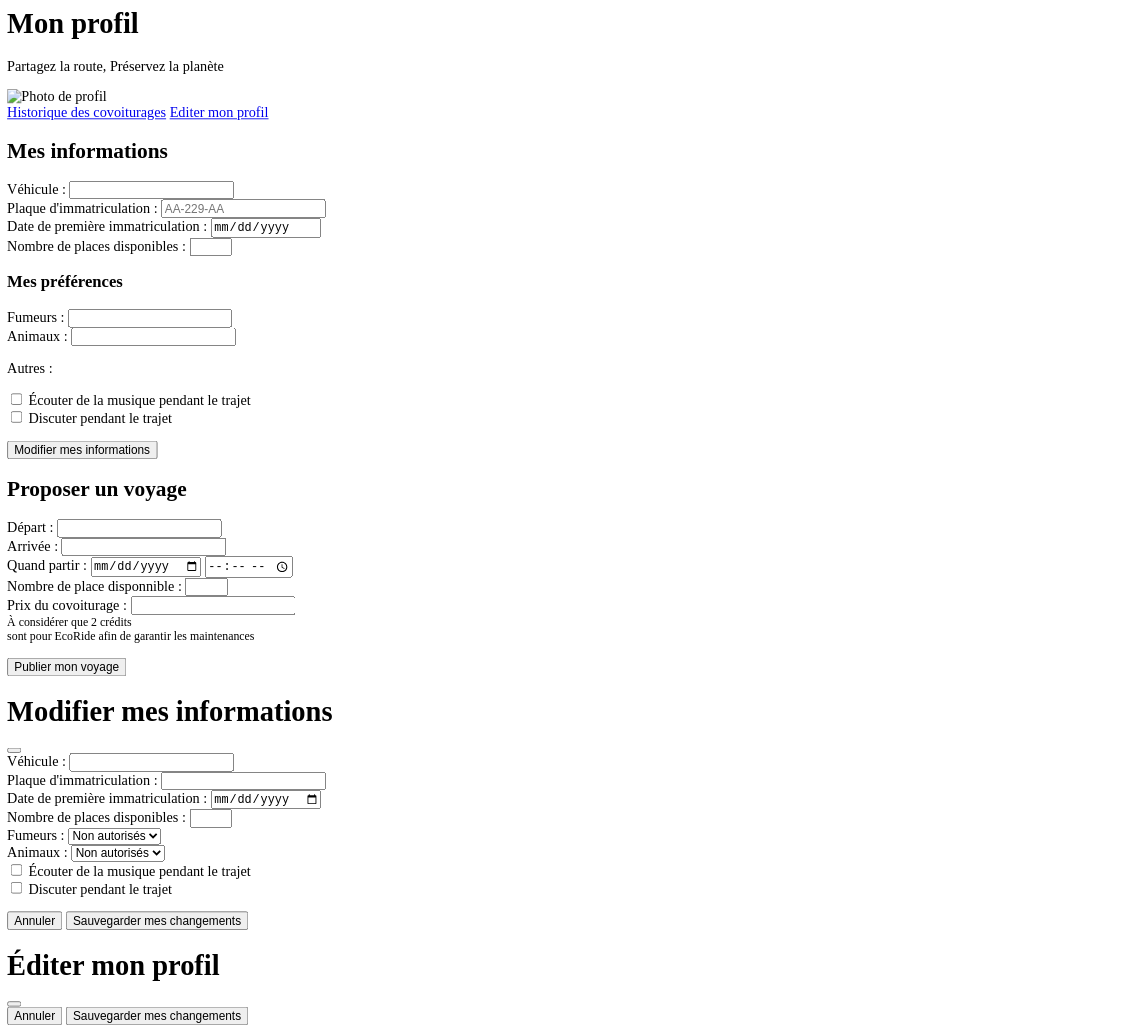
Repository: lemonhao9/ECF
Page: pages/auth/profile.html
An editor plug-in stored every save of this project. The page is shown before and after the next save, followed by the edit.
The browser window is 1280 px wide. The pictures show the whole page, at 89% of full size.

Above is the page before, as saved 2025-02-17 16:26:34.

### pages/auth/profile.html
<div class="hero-scene text-center text-secondary">
    <div class="hero-scene-content">
        <h1>Mon profil</h1>
        <p>Partagez la route, Préservez la planète</p>
    </div>
</div>
<aside>
    <div>
        <img src="" alt="Photo de profil"> <br>
        <a href="/historiqueCovoit">Historique des covoiturages</a>
        <a href="#" data-bs-toggle="modal" data-bs-target="#modalEdition">Editer mon profil</a>
    </div>
</aside>

<div class="container pt-3 mt-2 mb-2 col-md-6 col-lg-4" data-show="driver passengerDriver">
    <div class="card text-center bg-dark text-light row justify-content-center mb-5">
        <div>
            <h2 class="text-secondary pt-3">Mes informations</h2>
        </div>
        <div>
                <form>
                <div class="p-4">
                    <div class="mb-3 ms-5 d-flex align-items-center justify-content-start">
                        <label for="vehiculeInput" class="form-label text-light me-3">Véhicule :</label>
                        <input type="text" class="form-control w-auto me-3" id="vehiculeInput" readonly>
                    </div>
                    <div class="mb-3 ms-5 me-3 d-flex align-items-center justify-content-start">
                        <label for="plaqueInput" class="form-label text-light">Plaque d'immatriculation :</label>
                        <input type="text" class="form-control w-auto ms-3" id="plaqueInput" placeholder="AA-229-AA" readonly>
                    </div>
                    <div class="mb-3 ms-5 d-flex align-items-center justify-content-start">
                        <label for="dateImmatInput" class="form-label text-light">Date de première immatriculation :</label>
                        <input type="date" class="form-control w-auto ms-3" id="dateImmatInput" readonly>
                    </div>
                    <div class="mb-3 ms-5 d-flex align-items-center justify-content-start">
                        <label for="placesDispInput" class="form-label text-light">Nombre de places disponibles :</label>
                        <input type="number" class="form-control w-auto ms-3" id="placesDispInput" min="1" max="5" readonly>
                    </div>
                </div>
                    <div>
                        <h3 class="text-secondary">Mes préférences</h3>
                    </div>
                    <div class="mb-3 d-flex align-items-center justify-content-center">
                        <label for="fumeursInput" class="form-check-label">Fumeurs :</label>
                        <input type="text" class="form-control w-auto ms-3" id="fumeursInput" readonly>
                    </div>
                    <div class="mb-3 d-flex align-items-center justify-content-center">
                        <label for="animauxInput" class="form-check-label">Animaux :</label>
                        <input type="text" class="form-control w-auto ms-3" id="animauxInput" readonly>
                    </div>
                    <p class="text-secondary">Autres :</p>
                    <div class="mb-3">
                        <input type="checkbox" class="form-check-input" id="musicInput">
                        <label for="musicInput" class="form-check-label">Écouter de la musique pendant le trajet</label>
                    </div>
                    <div class="mb-3">
                        <input type="checkbox" class="form-check-input" id="speakInput">
                        <label for="speakInput" class="form-check-label">Discuter pendant le trajet</label>
                    </div>
                  </form>
            <!--Bouton qui déclenche une modal pour modifier les informations de l'utilisateur-->
            <div class="pb-3">
                <button class="btn btn-secondary" data-bs-toggle="modal" data-bs-target="#editmodal">Modifier mes informations</button>
            </div>
        </div>
    </div>
</div>
<div class="container p-4 mb-4 col-md-6 col-lg-4" data-show="driver  passengerDriver">
    <div  class="card text-center bg-dark text-light row justify-content-center mb-5">
        <h2 class="text-secondary pt-3"> Proposer un voyage</h2>
        <form>
            <div class="mb-3  d-flex align-items-center justify-content-center">
                <label for="departInfoInput" class="form-label text-light">Départ :</label>
                <input type="text" class="form-control w-auto ms-3" id="departInfoInput">
            </div>
            <div class="mb-3 d-flex align-items-center justify-content-center">
                <label for="arriveeInfoInput" class="form-label text-light">Arrivée :</label>
                <input type="text" class="form-control w-auto ms-3" id="arriveeInfoInput">
            </div>
            <div class="mb-3 d-flex align-items-center justify-content-center">
                <label for="dateDepartInput" class="form-label text-light">Quand partir :</label>
                <input type="date"class="form-control w-auto ms-3" id="dateDepartInput">
                <input type="time"class="form-control w-auto ms-3" id="dateDepartInput">
            </div>
            <div class="mb-3 d-flex align-items-center justify-content-center">
                <label for="placeDispoInput" class="form-label text-light">Nombre de place disponnible :</label>
                <input type="number" class="form-control w-auto ms-3" id="placeDispoInput" min="1" max="5">
            </div>
            <div class="mb-2 d-flex align-items-center justify-content-center">
                <label for="prixInput" class="form-label text-light">Prix du covoiturage :</label>
                <input type="number" class="form-control ms-3" id="prixInput" min="2" aria-describedby="creditsInfo">

            </div>
            <div id="creditsInfo"class="form-text text-light w-auto pb-3"><small>À considérer que 2 crédits <br> sont pour EcoRide afin de garantir les maintenances</small>
                </div>
        </form>
        <div class="pb-3">
            <button class="btn btn-secondary ">Publier mon voyage</button>
        </div>
    </div>
</div>


<!--La modal de modification d'informations driver/passengerDriver -->
<div class="modal fade" id="editmodal" data-bs-backdrop="static" data-bs-keyboard="false" tabindex="-1" aria-labelledby="staticBackdropLabel" aria-hidden="true">
    <div class="modal-dialog">
      <div class="modal-content bg-black">
        <div class="modal-header">
          <h1 class="modal-title fs-5 text-secondary" id="staticBackdropLabel">Modifier mes informations</h1>
          <button type="button" class="btn-close" data-bs-dismiss="modal" aria-label="Close"></button>
        </div>
        <div class="modal-body">
          <form>
            <div class="mb-3 d-flex align-items-center justify-content-center">
                <label for="editVehiculeInput" class="form-label text-light">Véhicule :</label>
                <input type="text" class="form-control w-50 ms-3" id="editVehiculeInput">
            </div>
            <div class="mb-3 d-flex align-items-center justify-content-center">
                <label for="editPlaqueInput" class="form-label text-light">Plaque d'immatriculation :</label>
                <input type="text" class="form-control w-25 ms-3" id="editPlaqueInput">
            </div>
            <div class="mb-3 d-flex align-items-center justify-content-center">
                <label for="editDateImmatInput" class="form-label text-light">Date de première immatriculation :</label>
                <input type="date" class="form-control w-25 ms-3" id="editDateImmatInput">
            </div>
            <div class="mb-3 d-flex align-items-center justify-content-center">
                <label for="editPlacesDispInput" class="form-label text-light">Nombre de places disponibles :</label>
                <input type="number" class="form-control w-25 ms-3" id="editPlacesDispInput" min="1" max="5">
            </div>
            <div class="mb-3 d-flex align-items-center justify-content-center">
                <label for="editFumeursInput" class="form-check-label text-light me-3">Fumeurs :</label>
                        <select name="fumeurs" id="editFumeursInput">
                            <option value="smokeBanned" >Non autorisés</option>
                            <option value="smokeAuthorised">Autorisés</option>
                        </select>
            </div>
            <div class="mb-3 d-flex align-items-center justify-content-center">
                <label for="editAnimauxInput" class="form-check-label text-light me-3">Animaux :</label>
                        <select name="animaux" id="editAnimauxInput">
                            <option value="anxBanned" >Non autorisés</option>
                            <option value="anxAuthorised">Autorisés</option>
                        </select>
            </div>
            <div class="mb-3">
                <input type="checkbox" class="form-check-input" id="editMusicInput">
                <label for="editMusicInput" class="form-check-label text-light">Écouter de la musique pendant le trajet</label>
            </div>
            <div class="mb-3">
                <input type="checkbox" class="form-check-input" id="editSpeakInput">
                <label for="editSpeakInput" class="form-check-label text-light">Discuter pendant le trajet</label>
            </div>
          </form>
        </div>
        <div class="modal-footer">
          <button type="button" class="btn btn-secondary" data-bs-dismiss="modal">Annuler</button>
          <button type="button" class="btn btn-primary" id="saveInfo">Sauvegarder mes changements</button>
        </div>
      </div>
    </div>
</div>

<!--La modal de modification info profil-->
<div class="modal fade" id="modalEdition" data-bs-backdrop="static" data-bs-keyboard="false" tabindex="-1" aria-labelledby="staticBackdropLabel" aria-hidden="true">
    <div class="modal-dialog modal-dialog-centered">
        <div class="modal-content bg-primary">
            <div class="modal-header">
                <h1 class="modal-title fs-5 text-secondary" id="staticBackdropLabel">Éditer mon profil</h1>
                <button type="button" class="btn-close" data-bs-dismiss="modal" aria-label="Close"></button>
            </div>
            <div class="modal-body">

            </div>
            <div class="modal-footer">
                <button type="button" class="btn btn-secondary" data-bs-dismiss="modal">Annuler</button>
                <button type="button" class="btn btn-primary" id="saveInfo">Sauvegarder mes changements</button>
            </div>
        </div>
    </div>
</div>

After the next save:
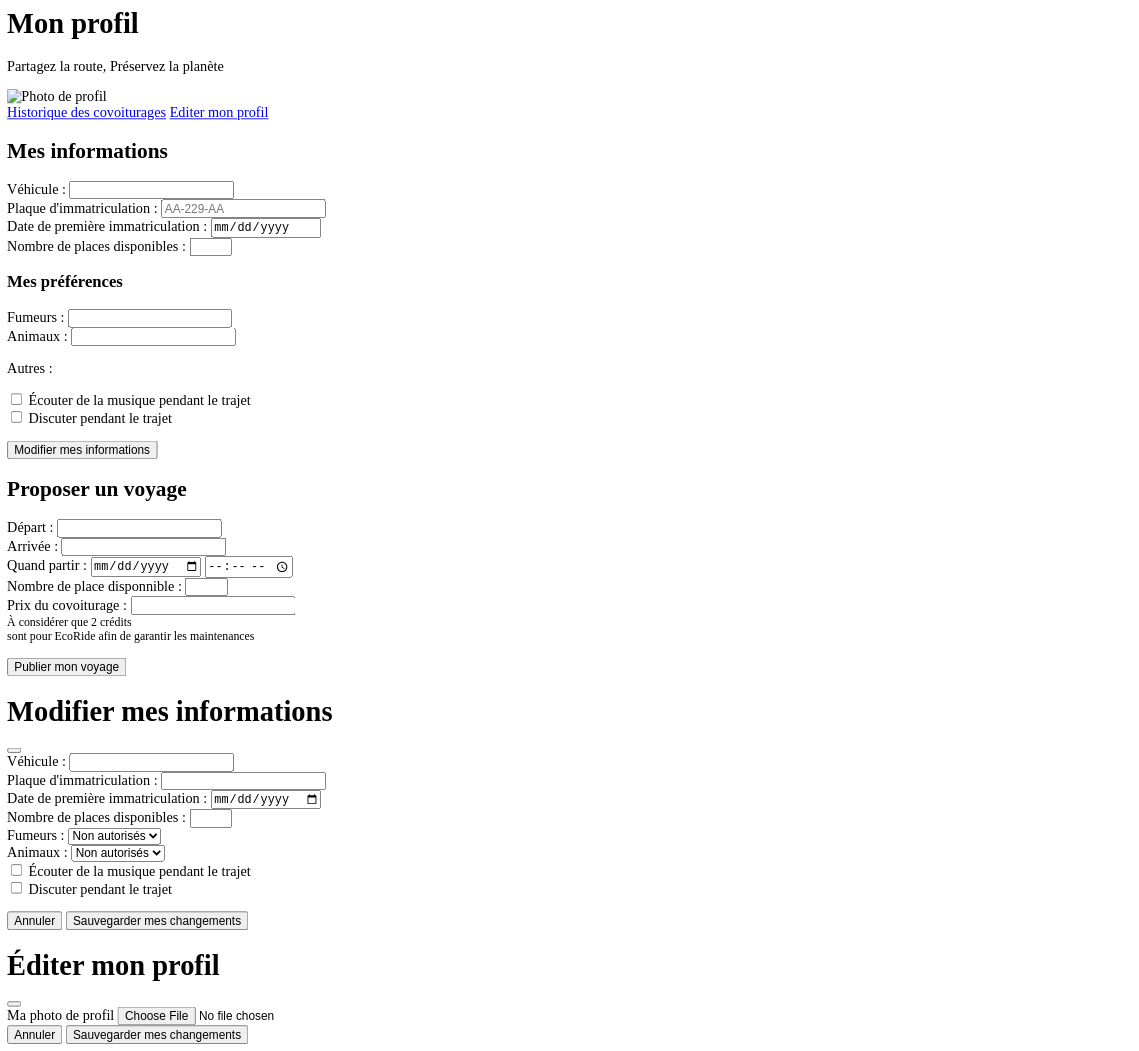
Saved 4 min 53 s later.
--- a/pages/auth/profile.html
+++ b/pages/auth/profile.html
@@ -168,7 +168,8 @@
                 <button type="button" class="btn-close" data-bs-dismiss="modal" aria-label="Close"></button>
             </div>
             <div class="modal-body">
-
+                <label for="pdpInput" class="form-label text-light">Ma photo de profil</label>
+                <input type="file" class="form-control-file" id="pdpInput">
             </div>
             <div class="modal-footer">
                 <button type="button" class="btn btn-secondary" data-bs-dismiss="modal">Annuler</button>
